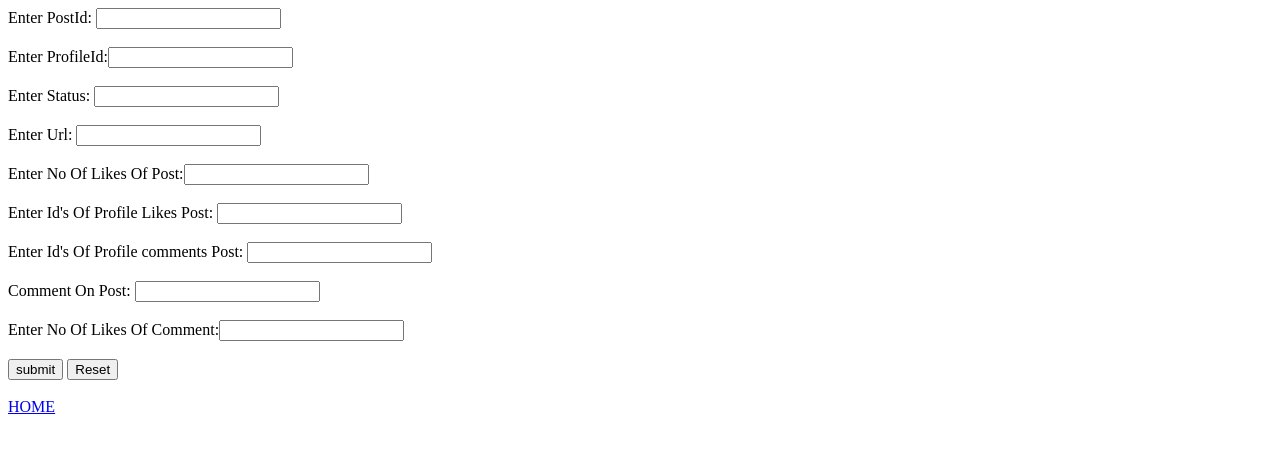
Repository: deepikabachhav/Ally-World-Post
Page: http://localhost/website/WEB-INF/jsp/AddPostForm.jsp
These files come from the project's save history. The page is drawn as it stood at one moment and after the next save; the edit follows.
The browser window is 1280 px wide. The pictures show the whole page.
The page is served by Tomcat 9. Nobody is signed in. Other server files are loaded and not shown. The template is opened directly, without the code that normally fills it, so the values that code supplies are empty.

Above is the page before, as saved 2019-02-12 06:58:36.

### website/src/main/webapp/WEB-INF/jsp/AddPostForm.jsp
<%@ page language="java" contentType="text/html; charset=ISO-8859-1"
    pageEncoding="ISO-8859-1"%>
<!DOCTYPE html>
<html>
<head>
<meta charset="ISO-8859-1">
<title>Insert title here</title>
</head>
<body>
<form action="createNewPost" >
		Enter PostId: <input type="text" name="postId"/> <br /> <br />
		Enter ProfileId:<input type="text" name="profileId"/> <br /> <br />
		Enter Status:  <input type="text" name="status"/><br /> <br />
		Enter Url: <input type="text" name="url"/> <br /> <br />
		Enter No Of Likes Of Post:<input type="number" name="likes"> <br /> <br />
		Enter Id's Of Profile Likes Post: <input type="text" name="likesProfileId"/> <br /> <br />
		Enter Id's Of Profile comments Post: <input type="text" name="commentProfileId"/> <br /> <br />
		Comment On Post: <input type="text" name="comment"/> <br /> <br />
		Enter No Of Likes Of Comment:<input type="number" name="likesComment"><br /> <br />
  		<input type="submit" value="submit">
		<input type="Reset" value="Reset">
	</form><br />
	<div>
		<jsp:include page="HomeLink.html"></jsp:include>
	</div>
</body>
</html>

### website/src/main/webapp/WEB-INF/jsp/HomeLink.html
<!DOCTYPE html>
<html>
<head>
<meta charset="ISO-8859-1">
<title>Insert title here</title>
</head>
<body>
<a href="home">HOME</a>
</body>
</html>

After the next save:
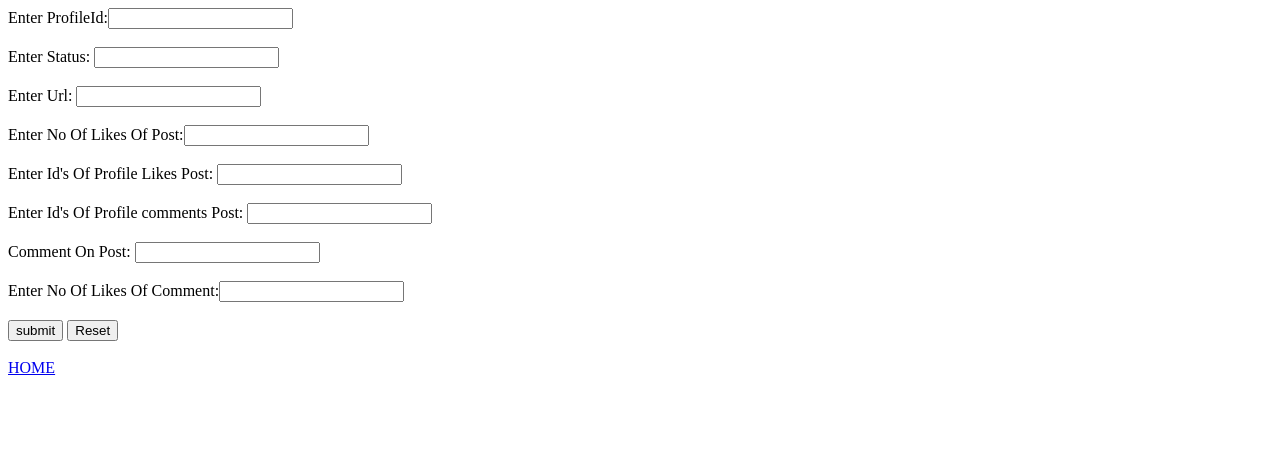
Saved 5 min 9 s later.
--- a/website/src/main/webapp/WEB-INF/jsp/AddPostForm.jsp
+++ b/website/src/main/webapp/WEB-INF/jsp/AddPostForm.jsp
@@ -8,7 +8,7 @@
 </head>
 <body>
 <form action="createNewPost" >
-		Enter PostId: <input type="text" name="postId"/> <br /> <br />
+		<!-- Enter PostId: <input type="text" name="postId"/> <br /> <br /> -->
 		Enter ProfileId:<input type="text" name="profileId"/> <br /> <br />
 		Enter Status:  <input type="text" name="status"/><br /> <br />
 		Enter Url: <input type="text" name="url"/> <br /> <br />

After the save that followed:
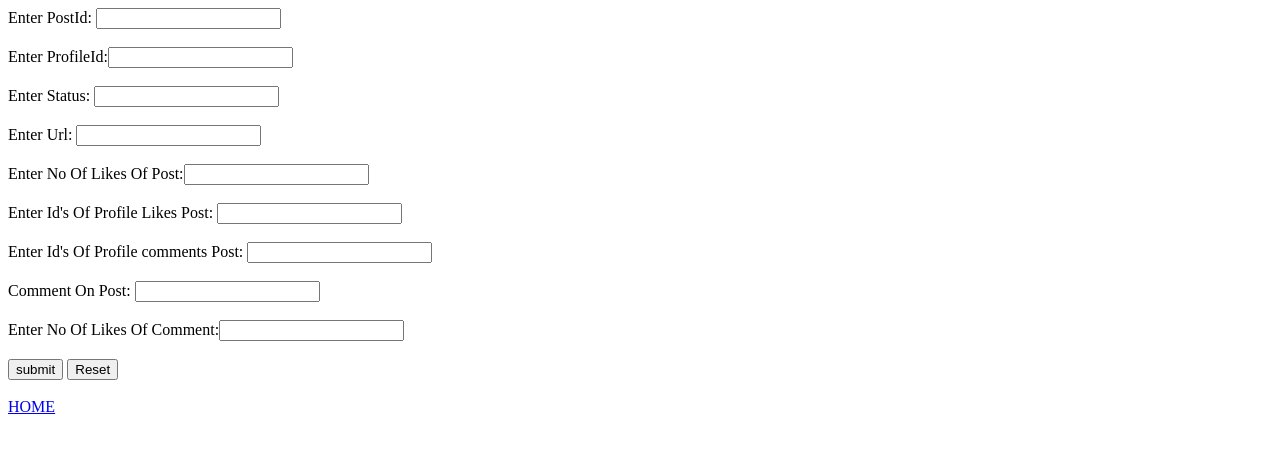
Saved 14 min 56 s later.
--- a/website/src/main/webapp/WEB-INF/jsp/AddPostForm.jsp
+++ b/website/src/main/webapp/WEB-INF/jsp/AddPostForm.jsp
@@ -8,7 +8,7 @@
 </head>
 <body>
 <form action="createNewPost" >
-		<!-- Enter PostId: <input type="text" name="postId"/> <br /> <br /> -->
+		Enter PostId: <input type="text" name="postId"/> <br /> <br />
 		Enter ProfileId:<input type="text" name="profileId"/> <br /> <br />
 		Enter Status:  <input type="text" name="status"/><br /> <br />
 		Enter Url: <input type="text" name="url"/> <br /> <br />
